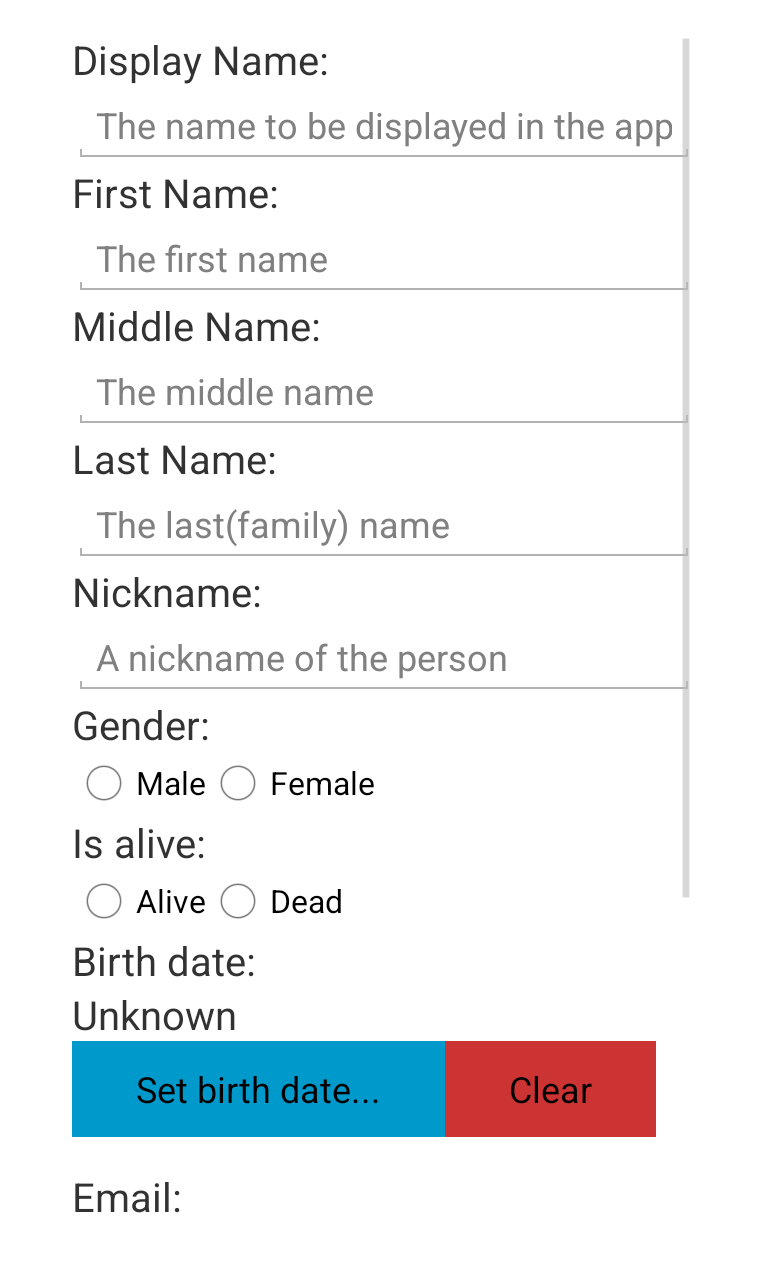
Repository: ivanbuhov/FamilyAndroidClient
Layout: Family/res/layout/activity_edit_person.xml
The author's editor kept a copy of each file at every save. The layout is drawn from the files as they stood at one save, then again after the next save.
It is drawn on a 768 x 1280 px phone screen (xhdpi) without system bars, with theme AppTheme; the app's code is not run.

Above is the layout before, as saved 2013-11-19 14:20:22.

### Family/res/layout/activity_edit_person.xml
<LinearLayout
	    xmlns:android="http://schemas.android.com/apk/res/android"
	    xmlns:tools="http://schemas.android.com/tools"
	    android:paddingBottom="@dimen/activity_vertical_margin"
	    android:paddingLeft="@dimen/activity_horizontal_margin"
	    android:paddingRight="@dimen/activity_horizontal_margin"
	    android:paddingTop="@dimen/activity_vertical_margin"
	    android:layout_width="match_parent"
	    android:layout_height="wrap_content"
	    android:orientation="vertical"
	    tools:context=".EditPersonActivity" >

	<!-- Progress bar for the activity -->
    <ProgressBar
        	android:id="@+id/progress_edit_person"
            android:layout_width="match_parent"
            android:layout_height="wrap_content"
            android:indeterminateOnly="true"
            android:layout_margin="10dp"
            android:focusable="true"
            style="?android:attr/progressBarStyleHorizontal"
            android:visibility="gone" />

	<ScrollView
	    android:layout_width="match_parent"
	    android:layout_height="match_parent"
	    android:paddingLeft="20dp"
	    android:paddingRight="20dp" >

		<LinearLayout
		    android:layout_width="match_parent"
		    android:layout_height="wrap_content"
		    android:orientation="vertical" >

		    <!--  Display name -->
		    <TextView
		        android:layout_width="match_parent"
		        android:layout_height="wrap_content"
		        android:textSize="20sp"
		        android:text="@string/label_display_name" />

		    <EditText
		        android:id="@+id/edit_display_name"
		        android:layout_width="match_parent"
		        android:layout_height="wrap_content"
		        android:inputType="textCapWords"
		        android:hint="@string/hint_display_name" />

		    <!--  First name -->
		    <TextView
		        android:layout_width="match_parent"
		        android:layout_height="wrap_content"
		        android:textSize="20sp"
		        android:text="@string/label_first_name" />

		    <EditText
		        android:id="@+id/edit_first_name"
		        android:layout_width="match_parent"
		        android:layout_height="wrap_content"
		        android:inputType="textCapWords"
		        android:hint="@string/hint_first_name" />

		    <!--  Middle name -->
		    <TextView
		        android:layout_width="match_parent"
		        android:layout_height="wrap_content"
		        android:textSize="20sp"
		        android:text="@string/label_middle_name" />

		    <EditText
		        android:id="@+id/edit_middle_name"
		        android:layout_width="match_parent"
		        android:layout_height="wrap_content"
		        android:inputType="textCapWords"
		        android:hint="@string/hint_middle_name" />

		    <!--  Last name -->
		    <TextView
		        android:layout_width="match_parent"
		        android:layout_height="wrap_content"
		        android:textSize="20sp"
		        android:text="@string/label_last_name" />

		    <EditText
		        android:id="@+id/edit_last_name"
		        android:layout_width="match_parent"
		        android:layout_height="wrap_content"
		        android:inputType="textCapWords"
		        android:hint="@string/hint_last_name" />

		    <!--  Nickname -->
		    <TextView
		        android:layout_width="match_parent"
		        android:layout_height="wrap_content"
		        android:textSize="20sp"
		        android:text="@string/label_nickname" />

		    <EditText
		        android:id="@+id/edit_nickname_name"
		        android:layout_width="match_parent"
		        android:layout_height="wrap_content"
		        android:inputType="textCapWords"
		        android:hint="@string/hint_nickname" />

		    <!-- Gender -->
		    <TextView
		        android:layout_width="match_parent"
		        android:layout_height="wrap_content"
		        android:textSize="20sp"
		        android:text="@string/label_gender" />

		    <RadioGroup
			    android:layout_width="fill_parent"
			    android:layout_height="wrap_content"
			    android:orientation="horizontal">

			    <RadioButton
			        android:id="@+id/edit_is_male"
			        android:layout_width="wrap_content"
			        android:layout_height="wrap_content"
			        android:text="@string/label_male"/>

			    <RadioButton
			        android:id="@+id/edit_is_female"
			        android:layout_width="wrap_content"
			        android:layout_height="wrap_content"
			        android:text="@string/label_female"/>

			</RadioGroup>

		    <!-- Is alive -->
		    <TextView
		        android:layout_width="match_parent"
		        android:layout_height="wrap_content"
		        android:textSize="20sp"
		        android:text="@string/label_is_alive" />

		    <RadioGroup
			    android:layout_width="fill_parent"
			    android:layout_height="wrap_content"
			    android:orientation="horizontal">

			    <RadioButton
			        android:id="@+id/edit_is_alive"
			        android:layout_width="wrap_content"
			        android:layout_height="wrap_content"
			        android:text="@string/label_alive"/>

			    <RadioButton
			        android:id="@+id/edit_is_dead"
			        android:layout_width="wrap_content"
			        android:layout_height="wrap_content"
			        android:text="@string/label_dead"/>

			</RadioGroup>

		    <!-- Birth Date -->
		    <TextView
		        android:layout_width="match_parent"
		        android:layout_height="wrap_content"
		        android:textSize="20sp"
		        android:text="@string/label_birth_date" />

		    <TextView
		        android:id="@+id/edit_birth_date"
		        android:layout_width="match_parent"
		        android:layout_height="wrap_content"
		        android:textSize="20sp"
		        android:text="@string/label_unknown" />

		    <LinearLayout
			    android:layout_width="fill_parent"
			    android:layout_height="fill_parent"
			    android:orientation="horizontal" >

		        <Button
	                android:id="@+id/set_date_button"
	                android:layout_width="wrap_content"
	                android:layout_height="wrap_content"
	                android:layout_gravity="right"
	                android:layout_marginTop="16dp"
	                android:paddingLeft="32dp"
	                android:paddingRight="32dp"
        			android:background="#ff0099cc"
	                android:text="@string/set_birth_date" />

	            <Button
	                android:id="@+id/clear_date_button"
	                android:layout_width="wrap_content"
	                android:layout_height="wrap_content"
	                android:layout_gravity="left"
	                android:layout_marginTop="16dp"
	                android:paddingLeft="32dp"
	                android:paddingRight="32dp"
        			android:background="#ffCC3333"
	                android:text="@string/clear" />

            </LinearLayout>

		    <!--  Email -->
		    <TextView
		        android:layout_width="match_parent"
		        android:layout_height="wrap_content"
		        android:textSize="20sp"
		        android:text="@string/label_email" />

		    <EditText
		        android:id="@+id/edit_email"
		        android:layout_width="match_parent"
		        android:layout_height="wrap_content"
		        android:inputType="textEmailAddress"
		        android:hint="@string/hint_email" />

		    <!--  Address -->
		    <TextView
		        android:layout_width="match_parent"
		        android:layout_height="wrap_content"
		        android:textSize="20sp"
		        android:text="@string/label_address" />

		    <EditText
		        android:id="@+id/edit_address"
		        android:layout_width="match_parent"
		        android:layout_height="wrap_content"
		        android:inputType="text"
		        android:hint="@string/hint_email" />

		    <!--  Profession -->
		    <TextView
		        android:layout_width="match_parent"
		        android:layout_height="wrap_content"
		        android:textSize="20sp"
		        android:text="@string/label_profession" />

		   <EditText
		        android:id="@+id/edit_profession"
		        android:layout_width="match_parent"
		        android:layout_height="wrap_content"
		        android:inputType="text"
		        android:hint="@string/hint_email" />

		   <!-- Save button -->
		   <Button
				android:id="@+id/edit_save_button"
				android:layout_width="wrap_content"
				android:layout_height="wrap_content"
				android:layout_gravity="center"
				android:layout_marginTop="16dp"
				android:layout_marginBottom="16dp"
				android:paddingLeft="50dp"
				android:paddingRight="50dp"
				android:background="#ff0099cc"
				android:text="@string/save" />

		</LinearLayout>

	</ScrollView>

</LinearLayout>

### Family/res/values/strings.xml
<?xml version="1.0" encoding="utf-8"?>
<resources>

    <!-- Common strings -->
    <string name="yes">Yes</string>
    <string name="no">No</string>
    <string name="cancel">Cancel</string>
    <string name="update">Update</string>
    <string name="add">Add</string>
    <string name="refresh">Refresh</string>
    <string name="save">Save</string>
    <string name="clear">Clear</string>
    <string name="data_saved">Data saved</string>

    <!-- Titles and names -->
    <string name="app_name">Family</string>
    <string name="title_activity_settings">Settings</string>
    <string name="title_activity_my_pedigrees">My Pedigrees</string>
    <string name="title_activity_register">Register</string>

    <!-- Menu items -->
    <string name="menu_item_settings">Settings</string>
    <string name="menu_item_login">Login/Register</string>
    <string name="menu_item_my_pedigrees">My Pedigrees</string>
    <string name="menu_item_add_pedigree">Add Pedigree</string>

    <!-- Preferences -->
    <!-- Preferences Header -->
    <string name="pref_header_title_account">Account</string>
    <string name="pref_header_title_others">Others</string>

    <!-- Preferences Titles -->
    <string name="pref_key_online_mode">online_mode</string>
    <string name="pref_title_online_mode">Online mode</string>
    <string name="pref_key_update_if_not_updated_more_than">update_frequency</string>
    <string name="pref_title_update_if_not_updated_more_than">Update if not updated more than:</string>
    <string name="pref_summary_update_if_not_updated_more_than">If you try to read data and it has been updated
    	    before less than the specified amount of time, the data will be updated again.</string>

    <!-- Alerts -->
    <string name="alert_title_registration_failed">Registration failed</string>
    <string name="alert_title_login_failed">Login failed</string>
    <string name="alert_title_loading_data_failed">Loading data failed</string>
    <string name="alert_title_deletion_failed">Failed to remove the item</string>
    <string name="alert_title_update_failed">Failed to update the item</string>
    <string name="alert_title_addition_failed">Failed to add the item</string>

    <!-- Login Activity -->
    <string name="prompt_username">Username</string>
    <string name="prompt_password">Password</string>
    <string name="register_button_text"><b>Register</b></string>
    <string name="login_button_text"><b>Login</b></string>
    <string name="action_login">Login</string>
    <string name="progressing_text">Loading&#8230;</string>
    <string name="error_short_username">The username must be no shorter than 5 characters</string>
    <string name="error_long_username">The username must be no longer than 30 characters</string>
    <string name="error_short_password">The password must be no shorter than 5 characters</string>
    <string name="error_long_password">The password must be no longer than 30 characters</string>
    <string name="error_field_required">This field is required</string>

    <!-- My Pedigrees Activity -->
    <string name="hello_world">Hello world!</string>
    <string name="progress_my_pedigrees_text">Loading pedigrees</string>
    <string name="delete_message_pedigree">Are you sure you want to delete this pedigree and all people in it?</string>
    <string name="context_menu_view">View</string>
    <string name="context_menu_edit">Edit</string>
    <string name="context_menu_delete">Delete</string>
    <string name="edit_pedigree_title">Title:</string>
    <string name="add_pedigree_title">Add new pedigree</string>
    <string name="my_pedigrees_list_title">My Pedigrees List</string>

    <!-- Pedigree Activity -->
    <string name="title_activity_pedigree">Pedigree</string>
    <string name="action_settings">Settings</string>
    <string name="anonymous_display_name">Unknown</string>
    <string name="no_people_message">No person selected</string>
    <string name="people_list">People list</string>

    <!-- Edit Person Activity -->
    <string name="title_activity_edit_person">Edit Person</string>

    <string name="label_display_name">Display Name:</string>
    <string name="label_first_name">First Name:</string>
    <string name="label_middle_name">Middle Name:</string>
    <string name="label_last_name">Last Name:</string>
    <string name="label_nickname">Nickname:</string>
    <string name="label_email">Email:</string>
    <string name="label_birth_date">Birth date:</string>
    <string name="label_is_alive">Is alive:</string>
    <string name="label_alive">Alive</string>
    <string name="label_dead">Dead</string>
    <string name="label_gender">Gender:</string>
    <string name="label_male">Male</string>
    <string name="label_female">Female</string>
    <string name="label_address">Address:</string>
    <string name="label_profession">Profession:</string>
    <string name="label_unknown">Unknown</string>
    <string name="set_birth_date">Set birth date...</string>

    <string name="hint_display_name">The name to be displayed in the application</string>
    <string name="hint_first_name">The first name</string>
    <string name="hint_middle_name">The middle name</string>
    <string name="hint_last_name">The last(family) name</string>
    <string name="hint_nickname">A nickname of the person</string>
    <string name="hint_email">Email address</string>
    <string name="hint_address">The region where the person lives</string>
    <string name="hint_profession">Profession(occupation)</string>

</resources>

Loaded but not shown: Family/res/values/styles.xml (common file); Family/res/values-v11/styles.xml (common file); Family/res/values-v14/styles.xml (common file); Family/res/values/dimens.xml (common file)

After the next save:
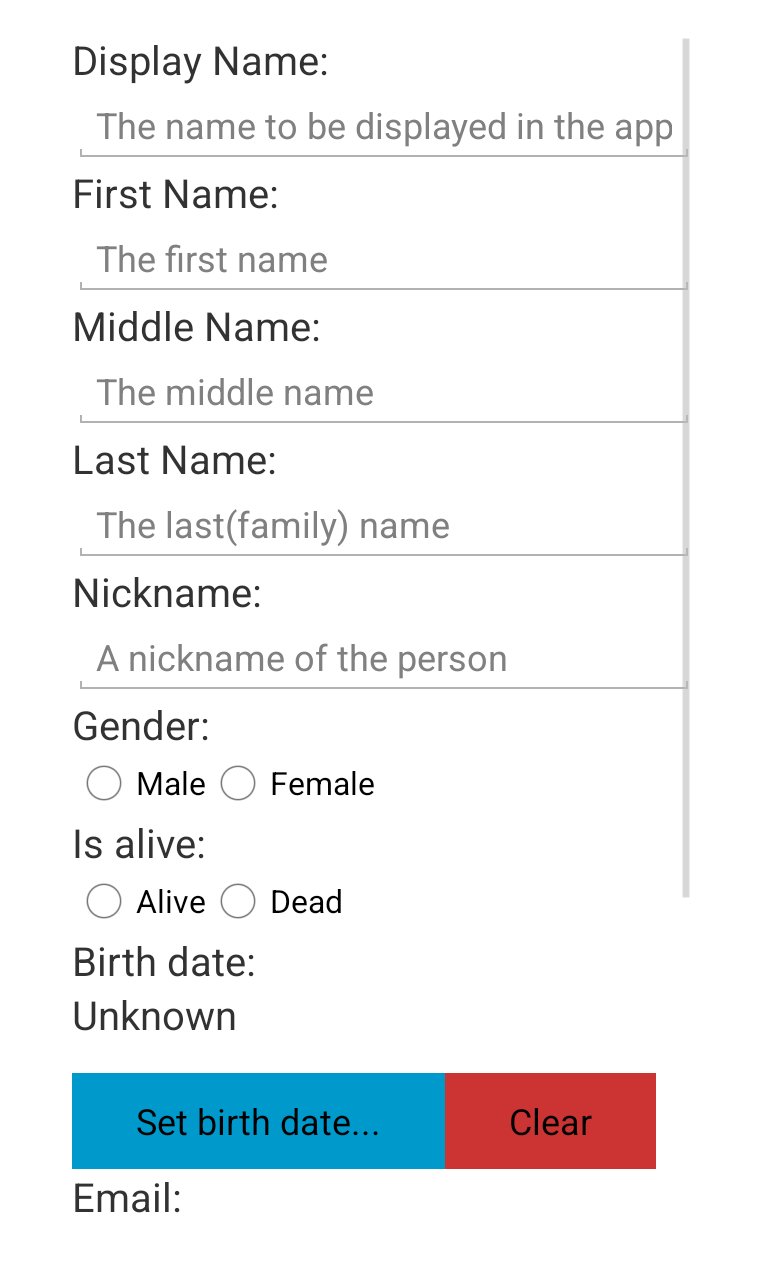
Saved 25 s later.
--- a/Family/res/layout/activity_edit_person.xml
+++ b/Family/res/layout/activity_edit_person.xml
@@ -177,7 +177,6 @@
 	                android:id="@+id/set_date_button"
 	                android:layout_width="wrap_content"
 	                android:layout_height="wrap_content"
-	                android:layout_gravity="right"
 	                android:layout_marginTop="16dp"
 	                android:paddingLeft="32dp"
 	                android:paddingRight="32dp"
@@ -188,7 +187,6 @@
 	                android:id="@+id/clear_date_button"
 	                android:layout_width="wrap_content"
 	                android:layout_height="wrap_content"
-	                android:layout_gravity="left"
 	                android:layout_marginTop="16dp"
 	                android:paddingLeft="32dp"
 	                android:paddingRight="32dp"
